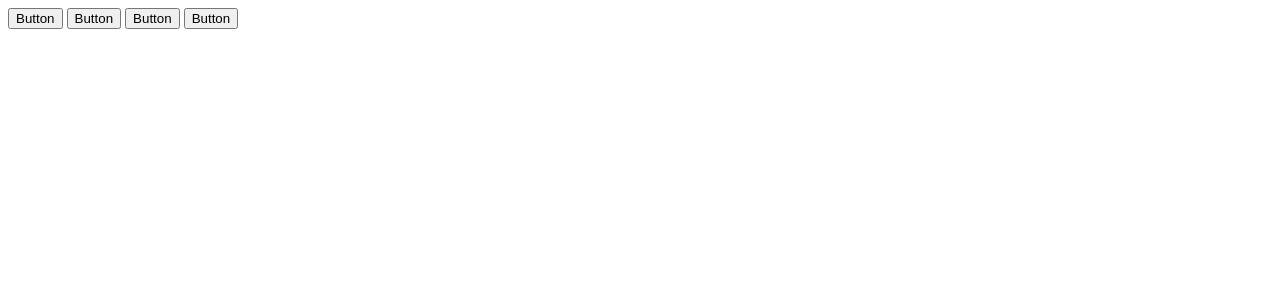
Repository: ZamlZam/LINK.
Page: index.html
These files come from the project's save history. The page is drawn as it stood at one moment and after the next save; the edit follows.
The browser window is 1280 px wide. The pictures show the whole page.

Above is the page before, as saved 2023-04-16 15:21:44.

### index.html
<!DOCTYPE html>
<html lang="en">
<head>
  <meta charset="UTF-8">
  <meta http-equiv="X-UA-Compatible" content="IE=edge">
  <meta name="viewport" content="width=device-width, initial-scale=1.0">
  <title>Link in bio</title>
</head>
<body>
 <div class="d-grid gap-2 col-6 mx-auto">
  <button class="btn btn-primary" type="button">Button</button>
  <button class="btn btn-primary" type="button">Button</button>
  <button class="btn btn-primary" type="button">Button</button>
  <button class="btn btn-primary" type="button">Button</button>
</div>
</div>
</body>
</html>

After the next save:
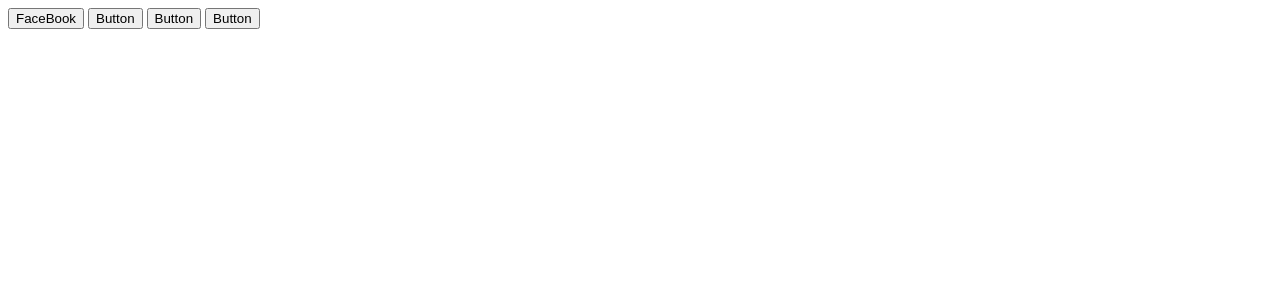
Saved 5 s later.
--- a/index.html
+++ b/index.html
@@ -8,7 +8,7 @@
 </head>
 <body>
  <div class="d-grid gap-2 col-6 mx-auto">
-  <button class="btn btn-primary" type="button">Button</button>
+  <button class="btn btn-primary" type="button">FaceBook</button>
   <button class="btn btn-primary" type="button">Button</button>
   <button class="btn btn-primary" type="button">Button</button>
   <button class="btn btn-primary" type="button">Button</button>
